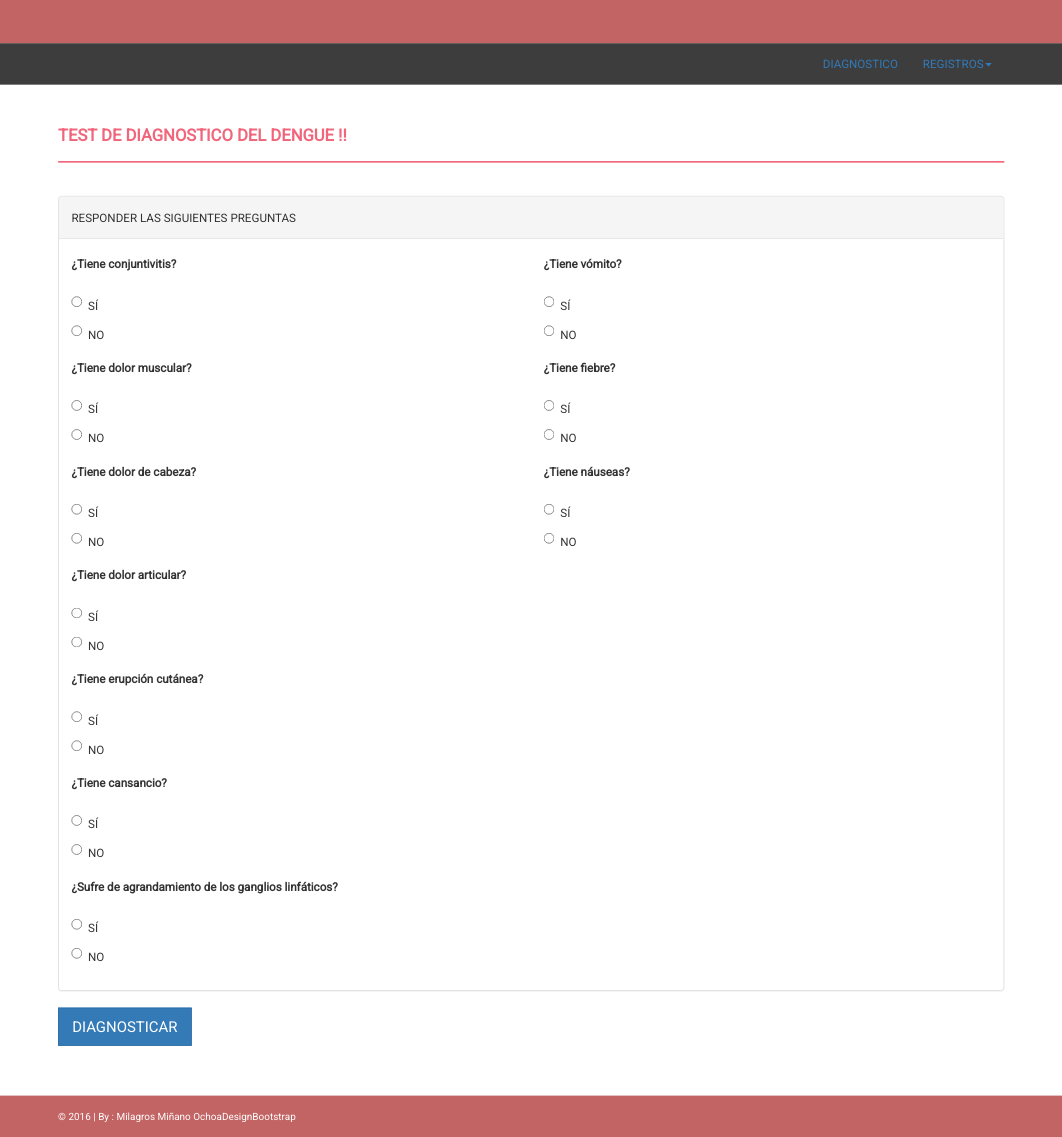
Repository: Mili10/PROYECTOII
Page: http://localhost/Capa_Presentacion/frmCuestionario.jsp
An editor plug-in stored every save of this project. The page is shown before and after the next save, followed by the edit.
The browser window is 1280 px wide. The pictures show the whole page, at 83% of full size.
The page is served by Tomcat 9. Other server files are loaded and not shown.

Above is the page before, as saved 2016-07-07 16:28:25.

### sistema_experto_web/Capa_Presentacion/WebContent/frmCuestionario.jsp
<%@ page language="java" contentType="text/html; charset=ISO-8859-1"
    pageEncoding="ISO-8859-1"%>
<!DOCTYPE html PUBLIC "-//W3C//DTD HTML 4.01 Transitional//EN" "http://www.w3.org/TR/html4/loose.dtd">
<html>
<head>
<meta http-equiv="Content-Type" content="text/html; charset=ISO-8859-1">
<title>Insert title here</title>
	<link href="Plantilla/css/bootstrap.css" rel="stylesheet" />
    <link href="Plantilla/css/font-awesome.css" rel="stylesheet" />
    <link href="Plantilla/css/style.css" rel="stylesheet" />
</head>
<body>
	<jsp:include page="includes/masterHeader.jsp"></jsp:include>

	<form method="post" action="sCuestionario">

	<!-- MENU SECTION END-->
    <div class="content-wrapper">
        <div class="container">
            <div class="row">
                <div class="col-md-12">
                    <h4 class="page-head-line">TEST DE DIAGNOSTICO DEL DENGUE !! </h4>
                </div>
            </div>
                    <div class="panel panel-default">
                    <div class="panel-heading">
                        RESPONDER LAS SIGUIENTES PREGUNTAS
                    </div>
                    <div class="row">
                    <div class="panel-body">

                     	<div class="col-md-6">
                     			<div class="form-group">
								    <label for="exampleInputEmail1">¿Tiene conjuntivitis?</label>
								</div>
								<div class="radio">
								  <label>
								    <input type="radio" name="opcionC" id="opcionC" value="Conjuntivitis" >
								    SÍ
								  </label>
								</div>
								<div class="radio">
								  <label>
								    <input type="radio" name="opcionC" id="opcionC" value="~Conjuntivitis">
								    NO
								  </label>
								</div>
								<div class="form-group">
								    <label for="exampleInputEmail1">¿Tiene dolor muscular?</label>
								</div>
								<div class="radio">
								  <label>
								    <input type="radio" name="opcion1DM" id="opcion1DM" value="D_muscular" >
								    SÍ
								  </label>
								</div>
								<div class="radio">
								  <label>
								    <input type="radio" name="opcion1DM" id="opcion1DM" value="~D_muscular">
								    NO
								  </label>
								</div>
								<div class="form-group">
								    <label for="exampleInputEmail1">¿Tiene dolor de cabeza?</label>
								</div>
								<div class="radio">
								  <label>
								    <input type="radio" name="opcion2DC" id="opcion2DC" value="D_cabeza" >
								    SÍ
								  </label>
								</div>
								<div class="radio">
								  <label>
								    <input type="radio" name="opcion2DC" id="opcion2DC1" value="~D_cabeza">
								    NO
								  </label>
								</div>
								<div class="form-group">
								    <label for="exampleInputEmail1">¿Tiene dolor articular?</label>
								</div>
								<div class="radio">
								  <label>
								    <input type="radio" name="opcion3DA" id="opcion3DA" value="D_articular">
								    SÍ
								  </label>
								</div>
								<div class="radio">
								  <label>
								    <input type="radio" name="opcion3DA" id="opcion3DA1" value="~D_articular">
								    NO
								  </label>
								</div>
								<div class="form-group">
								    <label for="exampleInputEmail1">¿Tiene erupción cutánea?</label>
								</div>
								<div class="radio">
								  <label>
								    <input type="radio" name="opcionEC" id="opcionEC" value="E_cutanea">
								    SÍ
								  </label>
								</div>
								<div class="radio">
								  <label>
								    <input type="radio" name="opcionEC" id="opcionEC" value="~E_cutanea">
								    NO
								  </label>
								</div>
								<div class="form-group">
								    <label for="exampleInputEmail1">¿Tiene cansancio?</label>
								</div>
								<div class="radio">
								  <label>
								    <input type="radio" name="opcionCA" id="opcionCA" value="Cansancio">
								    SÍ
								  </label>
								</div>
								<div class="radio">
								  <label>
								    <input type="radio" name="opcionCA" id="opcionCA" value="~Cansancio">
								    NO
								  </label>
								</div>
								<div class="form-group">
								    <label for="exampleInputEmail1">¿Sufre de agrandamiento de los ganglios linfáticos?</label>
								</div>
								<div class="radio">
								  <label>
								    <input type="radio" name="opcionAGL" id="opcionAGL" value="AG_Lingaticos">
								    SÍ
								  </label>
								</div>
								<div class="radio">
								  <label>
								    <input type="radio" name="opcionAGL" id="opcionAGL" value="~AG_Lingaticos">
								    NO
								  </label>
								</div>
						</div>

						 <div class="col-md-6">

								<div class="form-group">
								    <label for="exampleInputEmail1">¿Tiene vómito?</label>
								</div>
								<div class="radio">
								  <label>
								    <input type="radio" name="opcion4V" id="opcion4V" value="Vomito" >
								    SÍ
								  </label>
								</div>
								<div class="radio">
								  <label>
								    <input type="radio" name="opcion4V" id="opcion4V1" value="~Vomito">
								    NO
								  </label>
								</div>

								<div class="form-group">
								    <label for="exampleInputEmail1">¿Tiene fiebre?</label>
								</div>
								<div class="radio">
								  <label>
								    <input type="radio" name="opcion5F" id="optionsRadios1" value="Fiebre" >
								    SÍ
								  </label>
								</div>
								<div class="radio">
								  <label>
								    <input type="radio" name="opcion5F" id="optionsRadios2" value="~Fiebre">
								    NO
								  </label>
								</div>
								<div class="form-group">
								    <label for="exampleInputEmail1">¿Tiene náuseas?</label>
								</div>
								<div class="radio">
								  <label>
								    <input type="radio" name="opcion6N" id="optionsRadios1" value="Nauseas" >
								    SÍ
								  </label>
								</div>
								<div class="radio">
								  <label>
								    <input type="radio" name="opcion6N" id="optionsRadios2" value="~Nauseas">
								    NO
								  </label>
								</div>
						 </div>

                     </div>
                     </div>

                            </div>
                            <button type="submit" class="btn btn-primary btn-lg" name="btnDiagnosticar" value="DIAGNOSTICAR" >
                              DIAGNOSTICAR
                            </button>

                    </div>
               </div>
    </form>

	<jsp:include page="includes/masterFooter.jsp"></jsp:include>

	<script src="Plantilla/js/jquery-1.11.1.js"></script>
    <script src="Plantilla/js/bootstrap.js"></script>
</body>
</html>

### sistema_experto_web/Capa_Presentacion/WebContent/includes/masterHeader.jsp
    <div class="navbar navbar-inverse set-radius-zero">
        <div class="container">
            <div class="navbar-header">
                <button type="button" class="navbar-toggle" data-toggle="collapse" data-target=".navbar-collapse">
                    <span class="icon-bar"></span>
                    <span class="icon-bar"></span>
                    <span class="icon-bar"></span>
                </button>
                <a class="navbar-brand" href="index.html">

                </a>

            </div>

        </div>
    </div>
    <!-- LOGO HEADER END-->
    <section class="menu-section">
        <div class="container">
            <div class="row">
                <div class="col-md-12">
                    <div class="navbar-collapse collapse">
                        <ul class="nav navbar-nav navbar-right">
                            <li><a href="frmCuestionario.jsp">DIAGNOSTICO</a></li>
                            <li class="dropdown">
                            	<a href="#" class="dropdown-toggle" data-toggle="dropdown" role="button" aria-haspopup="true" aria-expanded="false">REGISTROS<span class="caret"></span></a>
                            	<ul class="dropdown-menu">
						            <li><a href="frmRegistroSintoma.jsp" role="button">SINTOMA</a></li>
						        </ul>
                            </li>
                        </ul>
                    </div>
                </div>

            </div>
        </div>
    </section>

### sistema_experto_web/Capa_Presentacion/WebContent/includes/masterFooter.jsp
<!-- CONTENT-WRAPPER SECTION END-->
    <footer>
        <div class="container">
            <div class="row">
                <div class="col-md-12">
                    &copy; 2016 | By : Milagros Miñano Ochoa<a href="http://www.designbootstrap.com/" target="_blank">DesignBootstrap</a>
                </div>

            </div>
        </div>
    </footer>

### sistema_experto_web/Capa_Presentacion/WebContent/Plantilla/css/style.css

/*=============================================================
    Authour URL: www.designbootstrap.com

    http://www.designbootstrap.com/

    License: MIT

    http://opensource.org/licenses/MIT

    100% Free To use For Personal And Commercial Use.

    IN EXCHANGE JUST TELL PEOPLE ABOUT THIS WEBSITE

========================================================  */


/* =============================================================
   GENERAL STYLES
 ============================================================ */

@import url(http://fonts.googleapis.com/css?family=Roboto); /* FREE GOOGLE FONT */

body {
    font-family: 'Roboto', sans-serif;
    line-height: 30px;
}

.set-radius-zero {
    border-radius: 0px;
    -moz-border-radius: 0px;
    -webkit-border-radius: 0px;
}

.content-wrapper {
    margin-top: 40px;
    min-height: 600px;
    padding-bottom: 60px;
}

.page-head-line {
    font-weight: 900;
    padding-bottom: 20px;
    border-bottom: 2px solid #F0677C;
    text-transform: uppercase;
    color: #F0677C;
    font-size: 20px;
    margin-bottom: 40px;
}

.btn {
    border-radius: 0px;
    -webkit-border-radius: 0px;
    -moz-border-radius: 0px;
}

.progress {
    height: 8px;
    border-radius: 0px;
    -webkit-border-radius: 0px;
    -moz-border-radius: 0px;
}
.login-icon {
    height: 60px;
width: 60px;
padding: 13px;
border-radius: 50%;
font-size: 30px;
margin-bottom: 20px;
color: #fff;
text-align: center;
cursor:pointer;
background-color:#F0677C;
-webkit-border-radius:50%;
    -moz-border-radius:50%;
}
/* =============================================================
   HEADER SECTION STYLES
 ============================================================ */
header {
    background-color: #F0677C;
    color: #fff;
    padding: 10px;
    text-align: right;
}


/* =============================================================
   LOGO SECTION STYLES
 ============================================================ */
.left-div {
    padding-left: 30px;
    margin-top: 40px;
    margin-bottom: 30px;
}

.navbar-brand {
    width: 250px;
    padding-top: 30px;
}

/* USER SETTINGS DIV */
.user-settings-wrapper .nav > li > a {
    position: relative;
    display: block;
    padding: 15px 18px;
    border-radius: 50%;
    -webkit-border-radius: 50%;
    -moz-border-radius: 50%;
    height: 60px;
    width: 60px;
    background-color: #F0677C;
    color: #fff;
}

.user-settings-wrapper {
    margin-top: 10px;
}

    .user-settings-wrapper li {
        display: inline-block;
    }

    .user-settings-wrapper .dropdown-settings {
        width: 200px;
        padding: 10px;
    }

    .user-settings-wrapper .nav > li > a:hover,.user-settings-wrapper .nav > li > a:focus {
        text-decoration: none;
        background-color: #C36464!important;
    }

    .user-settings-wrapper img {
        height: 64px;
        width: 64px;
        border: 1px solid #000000;
    }

    .user-settings-wrapper .dropdown-menu {
        margin: 0px;
        border-radius: 0px!important;
        -moz-border-radius: 0px!important;
        -webkit-border-radius: 0px!important;
    }

    .user-settings-wrapper .btn {
        border-radius: 0px!important;
        -moz-border-radius: 0px!important;
        -webkit-border-radius: 0px!important;
    }

    .user-settings-wrapper .media-heading {
        padding-top: 10px;
    }

/* MENU LINKS SECTION*/

.menu-section {
    background-color: #3D3D3D;
}

#menu-top a {
    color: #FFF;
    text-decoration: none;
    font-weight: 500;
    padding: 10px 10px 10px 10px;
    text-transform: uppercase;
}

.menu-top-active {
    background-color: #C36464;
}

.menu-section .nav > li > a:hover,.menu-section .nav > li > a:focus {
    background-color: #F0677C!important;
}

.menu-section .dropdown-menu > li > a:hover,.menu-section .dropdown-menu > li > a:focus {
    background-color: #F0677C!important;
}

.navbar-inverse {
    background-color: #C36464;
    border-color: transparent;
}

.navbar-toggle {
    background-color: #F0677C;
    border: 1px solid #fff;
}

.navbar {
    margin-bottom: 0px;
}
/* =============================================================
   FOOTER SECTION STYLES
 ============================================================ */
footer {
    padding: 10px;
    color: #fff;
    font-size: 12px;
    background-color: #C36464;
}

    footer a, footer a:hover {
        color: #fff;
        text-decoration: none;
    }

/*==============================================
    DASHBOARD  STYLES
 =============================================*/

/* DASHBOARD ICONS */

.bk-clr-one {
    background-color: #B9B739;
}

.bk-clr-two {
    background-color: #F94C4C;
}

.bk-clr-three {
    background-color: #119c7e;
}

.bk-clr-four {
    background-color: #b739b9;
}

.dashboard-div-icon {
    height: 75px;
    width: 75px;
    border: 2px solid #fff;
    padding: 20px;
    border-radius: 50%;
    -webkit-border-radius:50%;
    -moz-border-radius:50%;
    font-size: 30px;
    margin-bottom: 20px;
    color: #fff;
}

.dashboard-div-wrapper {
    border-radius: 5px;
    text-align: center;
    padding: 15px;
    color: #fff;
    margin-bottom: 50px;
}

    .dashboard-div-wrapper .progress {
        height: 2px;
    }

/* NOTICE BOARD */


.notice-board .panel {
    border-radius: 0px;
    -webkit-border-radius: 0px;
    -moz-border-radius: 0px;
}

.notice-board ul {
    padding-left: 0px;
    list-style: none;
}

.notice-board li {
    padding: 10px;
    border-bottom: 1px solid #E5E5E5;
}

    .notice-board li span {
        margin-right: 10px;
        border: 1px solid #DBDBDB;
        padding: 5px;
    }

    .notice-board li a, li a:hover {
        text-decoration: none;
        color: #000;
    }

/* SOCIAL BUTTONS */
.btn-social {
    color: white;
    opacity: 0.8;
}

    .btn-social:hover {
        color: white;
        opacity: 1;
        text-decoration: none;
    }

.btn-facebook {
    background-color: #3b5998;
}

.btn-twitter {
    background-color: #00aced;
}

.btn-linkedin {
    background-color: #0e76a8;
}

.btn-google {
    background-color: #c32f10;
}

Loaded but not shown: sistema_experto_web/Capa_Presentacion/WebContent/Plantilla/css/bootstrap.css (library); sistema_experto_web/Capa_Presentacion/WebContent/Plantilla/css/font-awesome.css (library); sistema_experto_web/Capa_Presentacion/WebContent/Plantilla/js/jquery-1.11.1.js (library); sistema_experto_web/Capa_Presentacion/WebContent/Plantilla/js/bootstrap.js (library)

After the next save:
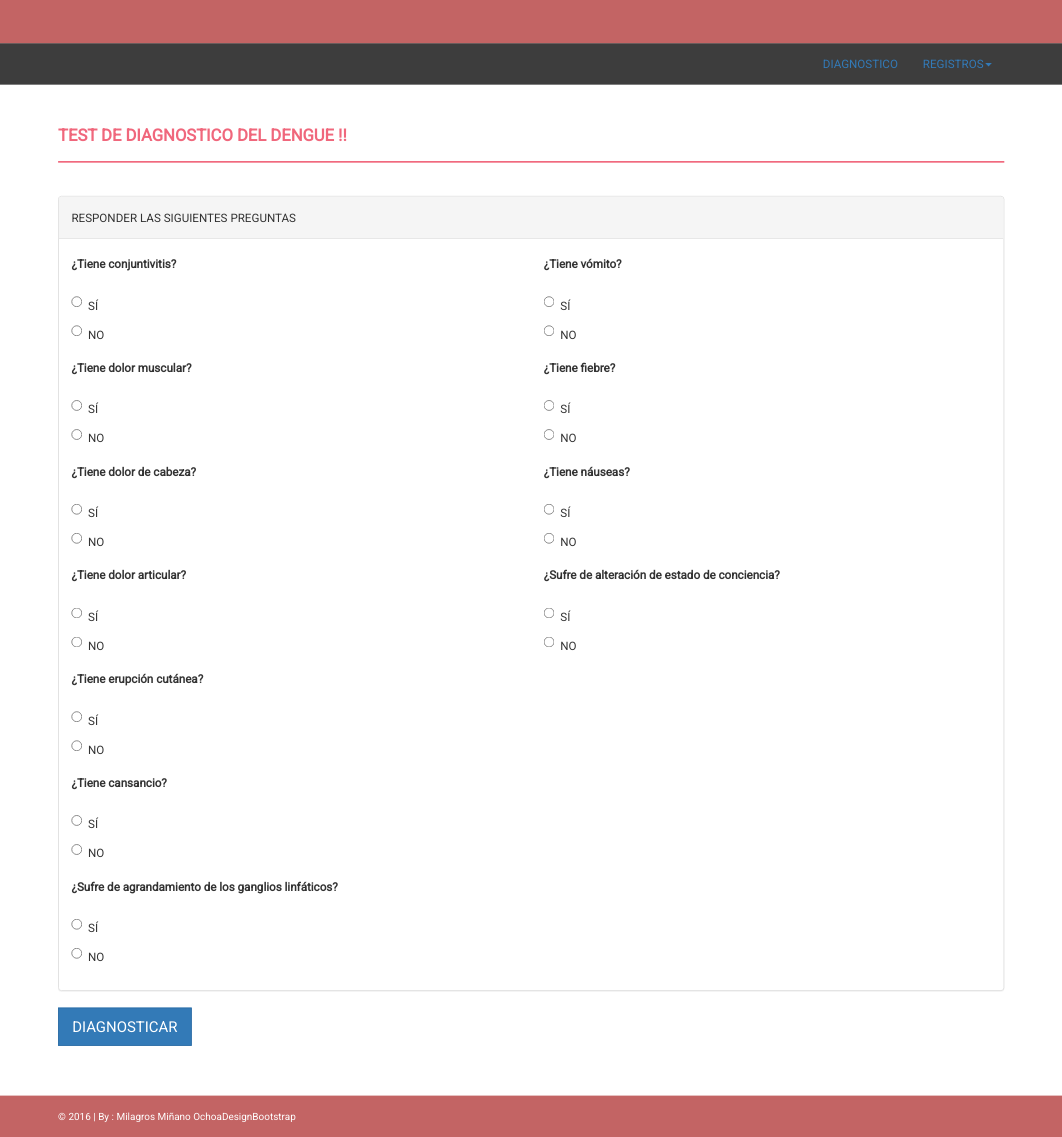
Saved 2 min 19 s later.
--- a/sistema_experto_web/Capa_Presentacion/WebContent/frmCuestionario.jsp
+++ b/sistema_experto_web/Capa_Presentacion/WebContent/frmCuestionario.jsp
@@ -185,6 +185,21 @@
 								    NO
 								  </label>
 								</div>
+								<div class="form-group">
+								    <label for="exampleInputEmail1">¿Sufre de alteración de estado de conciencia?</label>
+								</div>
+								<div class="radio">
+								  <label>
+								    <input type="radio" name="opcionAEC" id="opcionAEC" value="AE_conciencia" >
+								    SÍ
+								  </label>
+								</div>
+								<div class="radio">
+								  <label>
+								    <input type="radio" name="opcionAEC" id="opcionAEC" value="~AE_conciencia">
+								    NO
+								  </label>
+								</div>
 						 </div>
 
                      </div>
